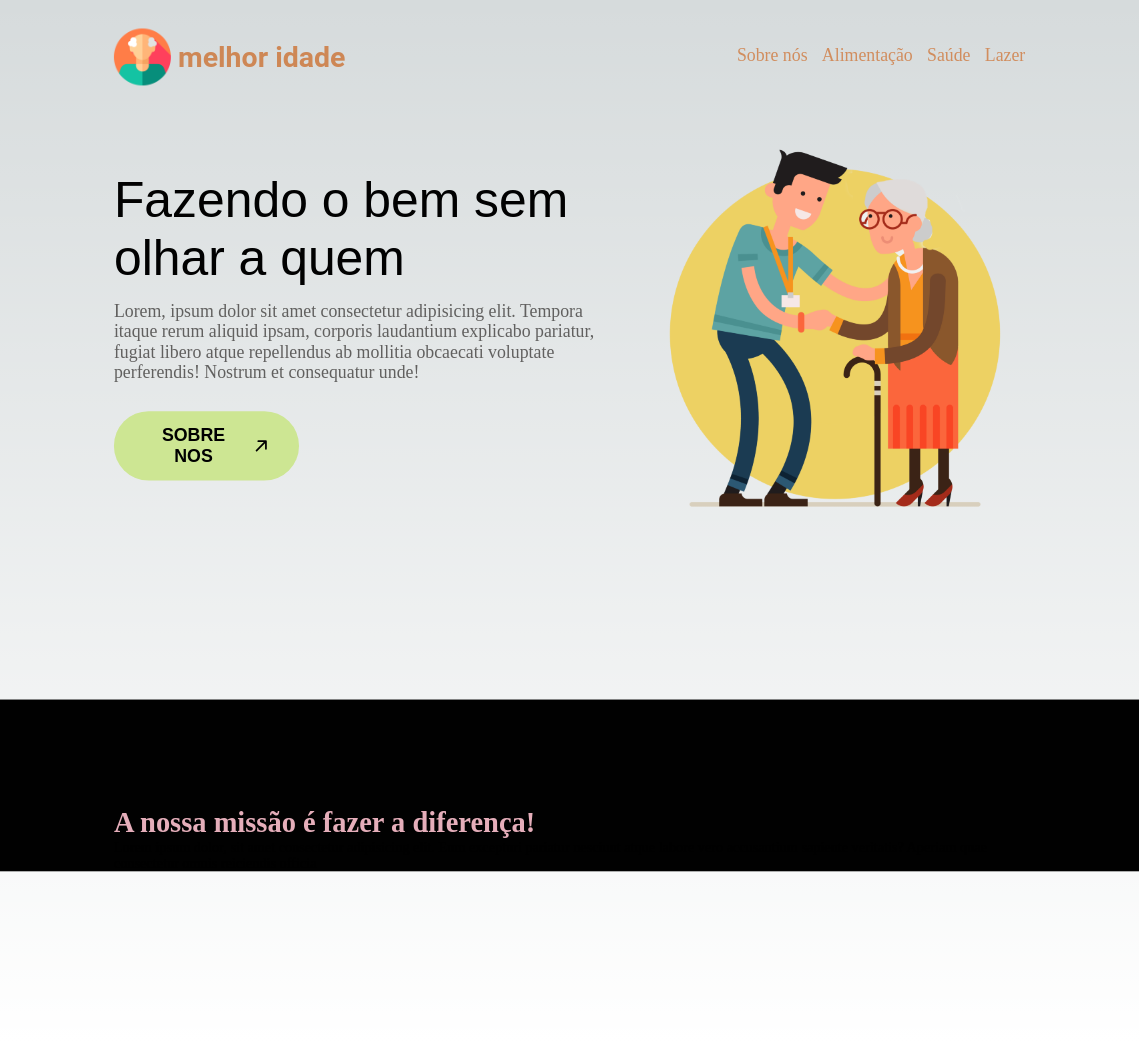
Repository: Giopol12/melhor-idade-online
Page: /index.page
An editor plug-in stored every save of this project. The page is shown before and after the next save, followed by the edit.
The browser window is 1280 px wide. The pictures show the whole page, at 89% of full size.
The project was rebuilt for these pictures with package versions that can differ from the ones it lists, and the page was loaded fresh each time. The framework's server and built-in components were replaced by stand-ins that run in the browser. Also part of the build but not shown: next.config.js.

Above is the page before, as saved 2023-11-21 10:23:42.

### src/pages/home/index.tsx
import { Header } from '@/components/Header'
import { Container } from './styles'
import { HomeMain } from './HomeMain'
import Image from 'next/image'
import img from '@/../assets/img.jpg'
import { OurMission } from '@/components/OurMission'
export default function Home() {
  return (
    <Container>
      <Header />
      <HomeMain />
      <OurMission></OurMission>
    </Container>
  )
}

### src/components/Header/index.tsx
import Image from 'next/image'
import { HeaderContainer, LogoContainer, NavContainer } from './styles'

import logo2 from '../../../assets/logo2.png'
import Link from 'next/link'

export function Header() {
  return (
    <HeaderContainer>
      <LogoContainer href="/">
        <Image src={logo2} width={64} alt="logo" quality={100} />
        <strong>melhor idade</strong>
      </LogoContainer>

      <NavContainer>
        <Link href={'/nutrition'}>Sobre nós</Link>
        <Link href="/">Alimentação</Link>
        <Link href="/">Saúde</Link>
        <Link href="/">Lazer</Link>
      </NavContainer>
    </HeaderContainer>
  )
}

### src/pages/home/styles.ts
import { styled } from '@/styles'

export const Container = styled('div', {
  maxWidth: '1440px',
  margin: '0 auto',
})

### src/pages/home/HomeMain/index.tsx
import Image from 'next/image'
import { ContentContainer, HomeMainContainer } from './styles'

import mainImg from '../../../../assets/main-image.png'
import { ArrowUpRight } from '@phosphor-icons/react'

export function HomeMain() {
  return (
    <HomeMainContainer>
      <ContentContainer>
        <h1>Fazendo o bem sem olhar a quem</h1>
        <p>
          Lorem, ipsum dolor sit amet consectetur adipisicing elit. Tempora
          itaque rerum aliquid ipsam, corporis laudantium explicabo pariatur,
          fugiat libero atque repellendus ab mollitia obcaecati voluptate
          perferendis! Nostrum et consequatur unde!
        </p>
        <button>
          <span>SOBRE NOS</span>
          <ArrowUpRight size={22} weight="bold" />
        </button>
      </ContentContainer>
      <Image src={mainImg} width={450} alt="" />
    </HomeMainContainer>
  )
}

### src/components/OurMission/index.tsx
import {
  OurMissionContainer,
  OurMissionContentContainer,
  OurMissionTitleAndDescriptionContainer,
} from './styles'

export function OurMission() {
  return (
    <OurMissionContainer>
      <OurMissionContentContainer>
        <OurMissionTitleAndDescriptionContainer>
          <h1>A nossa missão é fazer a diferença!</h1>
          <p>
            Lorem ipsum dolor, sit amet consectetur adipisicing elit. Eum
            excepturi pariatur nesciunt atque labore vero accusantium sapiente
            veritatis? Aperiam quae consectetur omnis reiciendis officia
          </p>
        </OurMissionTitleAndDescriptionContainer>
      </OurMissionContentContainer>
    </OurMissionContainer>
  )
}

### src/components/Header/styles.ts
import { styled } from '@/styles'
import Link from 'next/link'

export const HeaderContainer = styled('header', {
  maxWidth: 1024,
  margin: '2rem auto',
  display: 'flex',
  justifyContent: 'space-between',
  alignItems: 'center',
})
export const LogoContainer = styled(Link, {
  fontFamily: 'Roboto, sans-serif',
  display: 'flex',
  alignItems: 'center',
  gap: '0.5rem',
  fontWeight: 900,
  fontSize: '2rem',
  textDecoration: 'none',
  color: '$beije500',
})
export const NavContainer = styled('div', {
  display: 'flex',
  gap: '1rem',
  a: {
    textDecoration: 'none',
    color: '$beije400',
    fontSize: '$lg',
    borderBottom: '3px solid transparent',
    '&:hover': {
      borderBottom: '3px solid $beije500',
    },
  },
})

### src/styles/index.ts
import { createStitches } from '@stitches/react'
export const {
  config,
  createTheme,
  css,
  getCssText,
  globalCss,
  keyframes,
  prefix,
  reset,
  styled,
  theme,
} = createStitches({
  theme: {
    colors: {
      white: '#FFF',

      beije100: '#FFFBF4',
      beije400: '#D18D5E',
      beije500: '#CE8755',
      gray500: '#61605F',
      gray700: '#21201F',
      gray900: '#010101',
      green100: '#CDE693',
    },

    fontSizes: {
      md: '1.125rem',
      lg: '1.25rem',
      xl: '1.5rem',
      '2xl': '2rem',
    },
  },
})

### src/pages/home/HomeMain/styles.ts
import { styled } from '@/styles'

export const HomeMainContainer = styled('main', {
  maxWidth: 1024,
  margin: '3rem auto',
  display: 'flex',
  justifyContent: 'space-between',
})
export const ContentContainer = styled('div', {
  marginTop: '3rem',
  display: 'flex',
  flexDirection: 'column',

  flex: 1,
  gap: '1rem',
  paddingRight: '1.5rem',
  h1: {
    fontSize: '3.5rem',
    color: '$gray900',
    fontFamily: 'Lobster, sans-serif;',
    fontWeight: '400',
  },
  p: {
    fontSize: '$lg',
    color: '$gray500',
  },
  button: {
    marginTop: '1rem',
    display: 'flex',
    justifyContent: 'center',
    gap: '0.5rem',
    alignItems: 'center',
    boxSizing: 'initial',
    fontWeight: 'bold',
    width: '9rem',
    fontSize: '$lg',
    background: '$green100',
    border: 0,
    borderRadius: '9999px',
    padding: '1rem 2rem',
    '&:hover': {
      filter: 'brightness(0.8)',
      cursor: 'pointer',
    },
  },
})

### src/components/OurMission/styles.ts
import { styled } from '@/styles'

export const OurMissionContainer = styled('div', {
  margin: '12rem auto',
  background: '$gray900',
})
export const OurMissionContentContainer = styled('div', {
  maxWidth: 1024,
  paddingTop: '7.5rem',
  margin: '0 auto',
})
export const OurMissionTitleAndDescriptionContainer = styled('div', {
  h1: {
    color: '#E5AEBA',
  },
})

Loaded but not shown: src/pages/_app.tsx (common file); src/pages/_document.tsx (common file); src/pages/index.page.tsx (common file); src/styles/globals.css (common file)

After the next save:
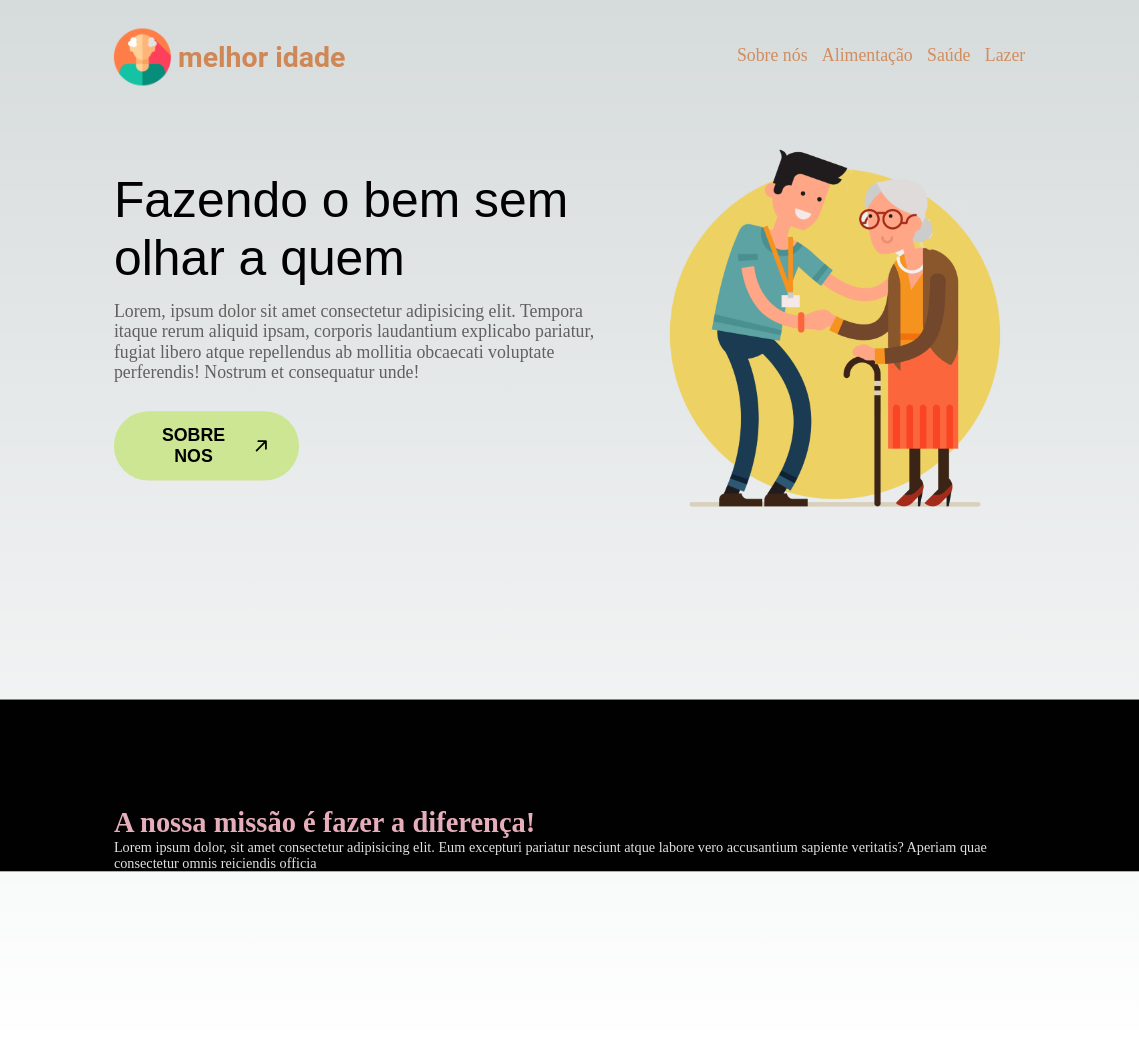
Saved 61 s later.
--- a/src/components/OurMission/styles.ts
+++ b/src/components/OurMission/styles.ts
@@ -13,4 +13,7 @@ export const OurMissionTitleAndDescriptionContainer = styled('div', {
   h1: {
     color: '#E5AEBA',
   },
+  p: {
+    color: '#E1E1DF',
+  },
 })
